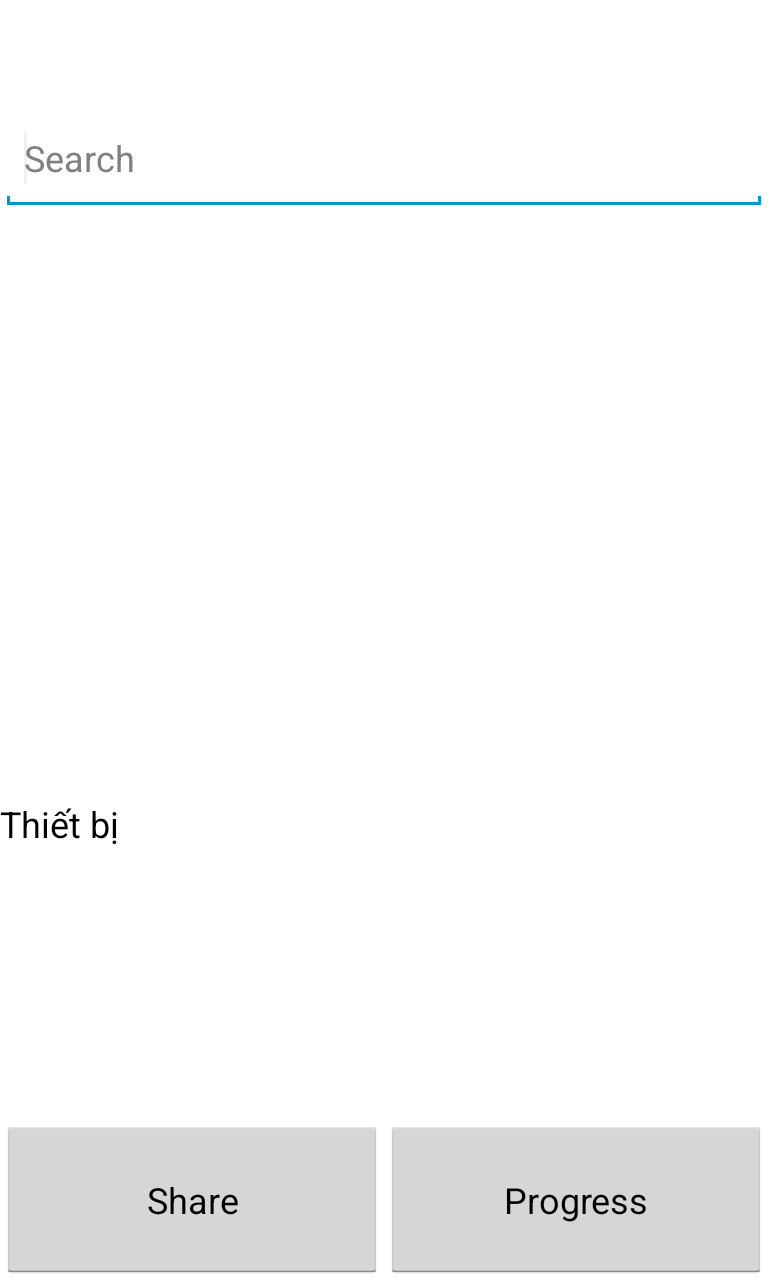
Repository: thinhnk55/android-appshare
Layout: ShareApp/res/layout/activity_main.xml
The author's editor kept a copy of each file at every save. The layout is drawn from the files as they stood at one save, then again after the next save.
It is drawn on a 768 x 1280 px phone screen (xhdpi) without system bars, with theme AppTheme; the app's code is not run.

Above is the layout before, as saved 2014-07-17 15:17:48.

### ShareApp/res/layout/activity_main.xml
<RelativeLayout xmlns:android="http://schemas.android.com/apk/res/android"
    xmlns:tools="http://schemas.android.com/tools"
    android:layout_width="match_parent"
    android:layout_height="match_parent"
    tools:context=".MainActivity">

    <TabHost
        android:id="@android:id/tabhost"
        android:layout_width="match_parent"
        android:layout_height="match_parent"
        android:layout_alignParentLeft="true"
        android:layout_alignParentTop="true">

        <LinearLayout
            android:layout_width="match_parent"
            android:layout_height="match_parent"
            android:orientation="vertical"
            android:weightSum="120" >

            <TabWidget
                android:id="@android:id/tabs"
                android:layout_width="match_parent"
                android:layout_height="0dp"
                android:layout_weight="10">
            </TabWidget>

            <AutoCompleteTextView
                android:id="@+id/autoCompleteTextView1"
                android:layout_width="match_parent"
                android:layout_height="0dp"
                android:layout_weight="10"
                android:ems="10"
                android:hint="Search">

                <requestFocus
                    android:layout_width="wrap_content"
                    android:layout_height="wrap_content" />

            </AutoCompleteTextView>

            <FrameLayout
                android:id="@android:id/tabcontent"
                android:layout_width="match_parent"
                android:layout_height="0dp"
                android:layout_weight="55">

            </FrameLayout>

            <TextView
                android:id="@+id/textView1"
                android:layout_width="wrap_content"
                android:layout_height="0dp"
                android:layout_weight="5"
                android:text="Thiết bị"
                android:textAppearance="?android:attr/textAppearanceMedium" />

            <HorizontalScrollView
                android:id="@+id/horizontalScrollView1"
                android:layout_width="match_parent"
                android:layout_height="0dp"
                android:layout_weight="25">

                <LinearLayout
                    android:layout_width="match_parent"
                    android:layout_height="match_parent"
                    android:orientation="horizontal" >
                </LinearLayout>
            </HorizontalScrollView>

            <LinearLayout
                android:layout_width="match_parent"
                android:layout_height="0dp"
                android:layout_weight="15"
                android:weightSum="20">

                <Button
                    android:id="@+id/button2"
                    android:layout_width="0dp"
                    android:layout_height="match_parent"
                    android:layout_weight="10"
                    android:text="Share" />

                <Button
                    android:id="@+id/button3"
                    android:layout_width="0dp"
                    android:layout_height="match_parent"
                    android:layout_weight="10"
                    android:text="Progress" />

            </LinearLayout>

        </LinearLayout>
    </TabHost>

</RelativeLayout>

Loaded but not shown: ShareApp/res/values/styles.xml (common file); ShareApp/res/values-v11/styles.xml (common file); ShareApp/res/values-v14/styles.xml (common file)

After the next save:
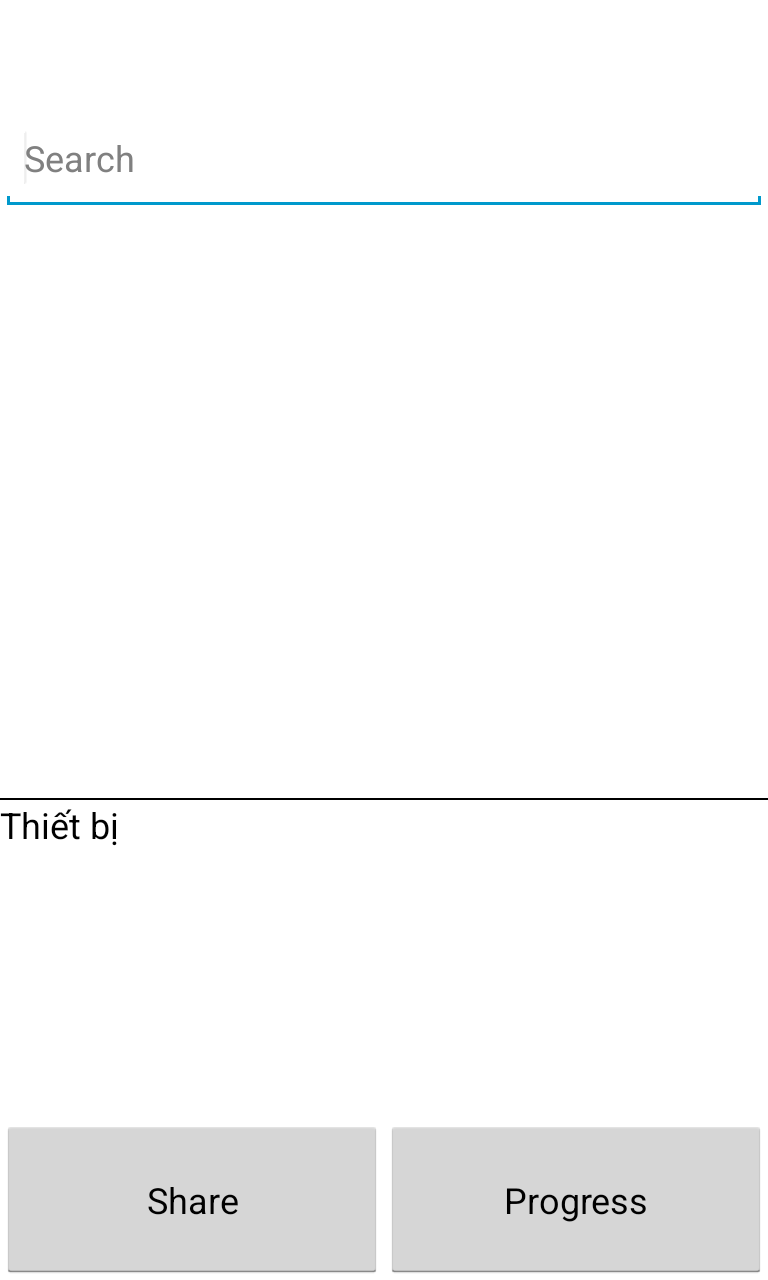
Saved 4 min 18 s later.
--- a/ShareApp/res/layout/activity_main.xml
+++ b/ShareApp/res/layout/activity_main.xml
@@ -2,14 +2,14 @@
     xmlns:tools="http://schemas.android.com/tools"
     android:layout_width="match_parent"
     android:layout_height="match_parent"
-    tools:context=".MainActivity">
+    tools:context=".MainActivity" >
 
     <TabHost
         android:id="@android:id/tabhost"
         android:layout_width="match_parent"
         android:layout_height="match_parent"
         android:layout_alignParentLeft="true"
-        android:layout_alignParentTop="true">
+        android:layout_alignParentTop="true" >
 
         <LinearLayout
             android:layout_width="match_parent"
@@ -21,7 +21,7 @@
                 android:id="@android:id/tabs"
                 android:layout_width="match_parent"
                 android:layout_height="0dp"
-                android:layout_weight="10">
+                android:layout_weight="10" >
             </TabWidget>
 
             <AutoCompleteTextView
@@ -30,21 +30,24 @@
                 android:layout_height="0dp"
                 android:layout_weight="10"
                 android:ems="10"
-                android:hint="Search">
+                android:hint="Search" >
 
                 <requestFocus
                     android:layout_width="wrap_content"
                     android:layout_height="wrap_content" />
-
             </AutoCompleteTextView>
 
             <FrameLayout
                 android:id="@android:id/tabcontent"
                 android:layout_width="match_parent"
                 android:layout_height="0dp"
-                android:layout_weight="55">
+                android:layout_weight="55" >
+            </FrameLayout>
 
-            </FrameLayout>
+            <View
+                android:layout_width="match_parent"
+                android:layout_height="1dp"
+                android:background="@android:color/black" />
 
             <TextView
                 android:id="@+id/textView1"
@@ -58,7 +61,7 @@
                 android:id="@+id/horizontalScrollView1"
                 android:layout_width="match_parent"
                 android:layout_height="0dp"
-                android:layout_weight="25">
+                android:layout_weight="25" >
 
                 <LinearLayout
                     android:layout_width="match_parent"
@@ -71,7 +74,7 @@
                 android:layout_width="match_parent"
                 android:layout_height="0dp"
                 android:layout_weight="15"
-                android:weightSum="20">
+                android:weightSum="20" >
 
                 <Button
                     android:id="@+id/button2"
@@ -86,9 +89,7 @@
                     android:layout_height="match_parent"
                     android:layout_weight="10"
                     android:text="Progress" />
-
             </LinearLayout>
-
         </LinearLayout>
     </TabHost>
 
